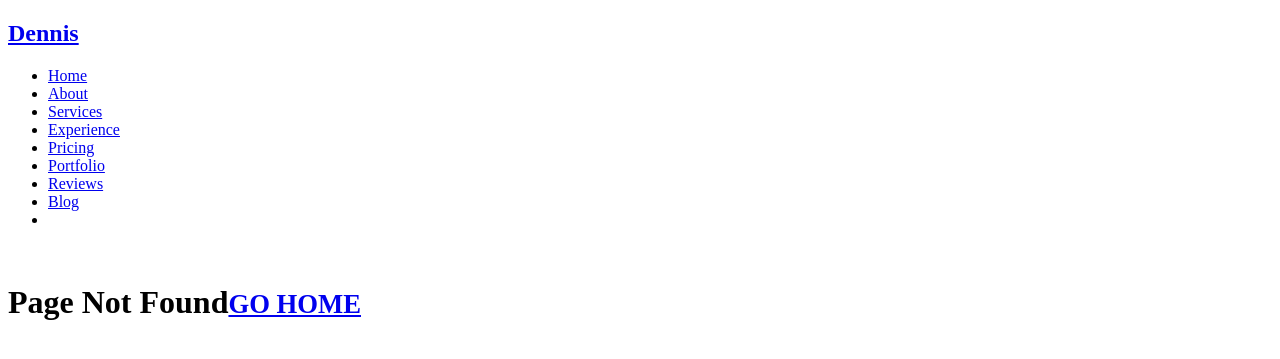
Repository: Teeticode/project_manager_tool
Page: http://localhost/portfolio/public
An editor plug-in stored every save of this project. The page is shown before and after the next save, followed by the edit.
The browser window is 1280 px wide. The pictures show the whole page.
Some icons come from a web library that is not loaded, so they are not drawn. The page is run by PHP 8.4 with error messages shown; the project is at /var/www/html/.

Above is the page before, as saved 2022-09-07 11:10:17.
Console error: SyntaxError: Unexpected token '<'

After the next save:
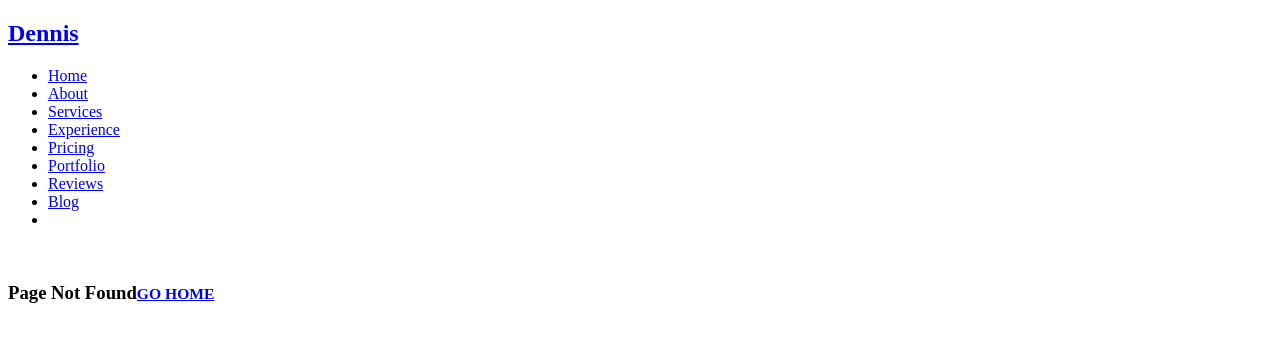
Saved 25 s later.
--- a/app/views/404.view.php
+++ b/app/views/404.view.php
@@ -5,7 +5,7 @@
     <div class="pagenotfound">
 
         <img src="<?=ROOT?>/portfolio/assets/img/404.svg" alt="">
-        <h1>Page Not Found<small><a href="<?=ROOT?>">GO HOME</a></small></h1>
+        <h3>Page Not Found<small><a href="<?=ROOT?>">GO HOME</a></small></h3>
     </div>
 
 
